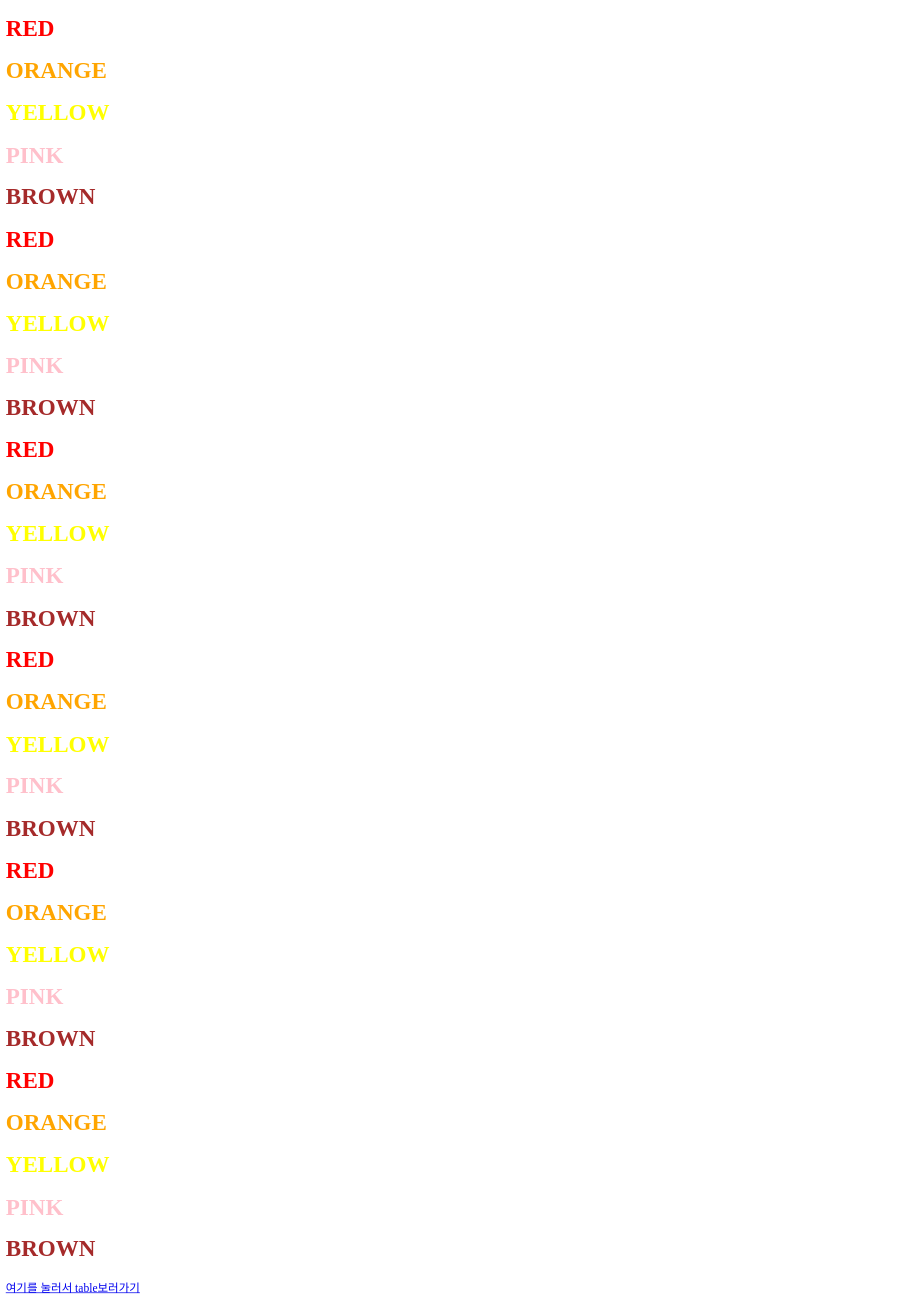
Repository: MySunTY/JSP
Page: http://localhost/PracJSP01/
These files come from the project's save history. The page is drawn as it stood at one moment and after the next save; the edit follows.
The browser window is 1280 px wide. The pictures show the whole page, at 72% of full size.
The page is served by Tomcat 9.

Above is the page before, as saved 2024-05-16 04:03:40.

### PracJSP01/src/main/webapp/index.jsp
<%@ page language="java" contentType="text/html; charset=utf-8"
    pageEncoding="utf-8"%>
<!DOCTYPE html>
<html>
	<head>
		<meta charset="utf-8">
		<title>색 변경</title>
	</head>
	<body>


		<%
			String[] color= {"RED","ORANGE","YELLOW","PINK","BROWN"}; //0~4
			for(int i = 0 ; i<30 ; i++){
		%>
				<h1 style="color:<%=color[i%5]%>"><%=color[i%5]%></h1>
		<%
			}//for문


		%>
		<a href="table.jsp">여기를 눌러서 table보러가기</a>
	</body>
</html>

After the next save:
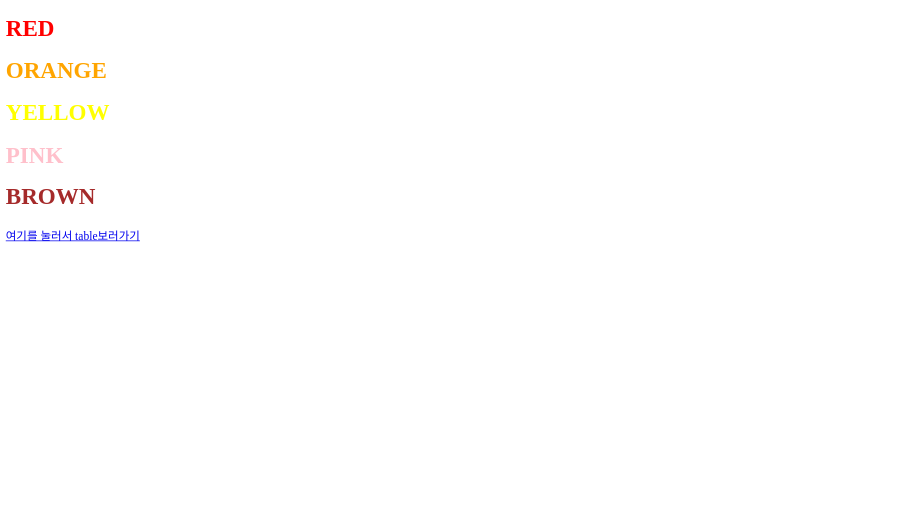
Saved 13 s later.
--- a/PracJSP01/src/main/webapp/index.jsp
+++ b/PracJSP01/src/main/webapp/index.jsp
@@ -11,7 +11,7 @@
 
 		<%
 			String[] color= {"RED","ORANGE","YELLOW","PINK","BROWN"}; //0~4
-			for(int i = 0 ; i<30 ; i++){
+			for(int i = 0 ; i<5 ; i++){
 		%>
 				<h1 style="color:<%=color[i%5]%>"><%=color[i%5]%></h1>
 		<%
